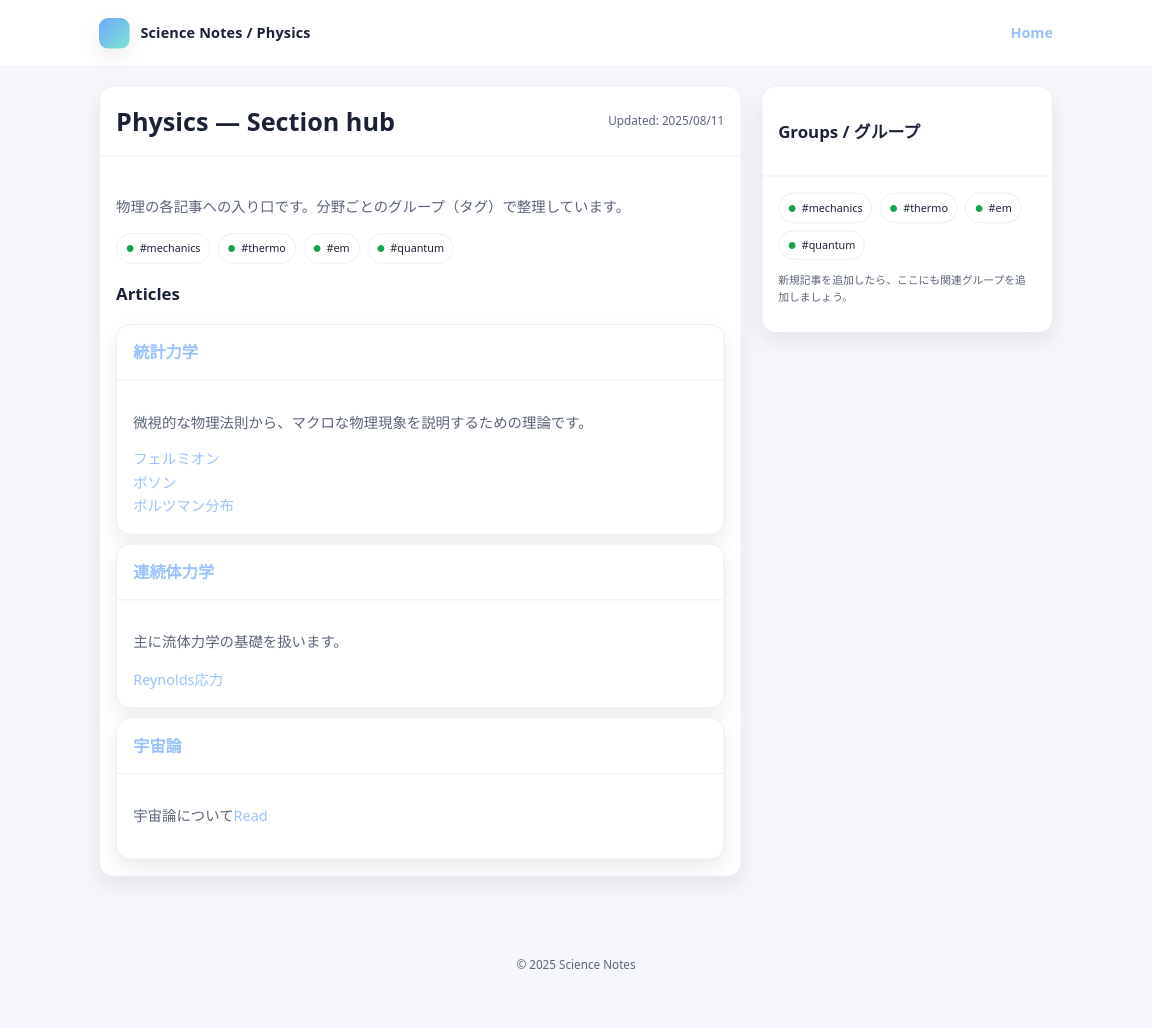
Repository: Riki-Mochimaru/tureduretunedune
Page: physics/index.html
These files come from the project's save history. The page is drawn as it stood at one moment and after the next save; the edit follows.
The browser window is 1280 px wide. The pictures show the whole page, at 90% of full size.

Above is the page before, as saved 2025-08-12 00:17:27.

### physics/index.html
<!-- ===============================
     FILE 1: physics/index.html — Physics section hub
     Save this as: /physics/index.html
     (American English in code comments; British English in visible prose.)
================================== -->
<!DOCTYPE html>
<html lang="ja">
<head>
  <meta charset="utf-8" />
  <meta name="viewport" content="width=device-width, initial-scale=1" />
  <title>Physics — Science Notes</title>
  <link rel="stylesheet" href="../assets/styles.css"><!-- shared CSS -->
</head>
<body>
  <header class="site">
    <div class="shell row">
      <div class="brand"><div class="brand-badge"></div><div>Science Notes / Physics</div></div>
      <nav>
        <a href="../">Home</a>
      </nav>
    </div>
  </header>

  <main class="shell">
    <section class="grid" aria-label="Physics articles and sidebar">
      <div>
        <article class="card post">
          <div class="hd">
            <h2>Physics — Section hub</h2>
            <div class="meta"><span>Updated: <time data-auto-updated datetime="">—</time>
            </span></div>
          </div>
          <div class="bd">
            <p class="lead">物理の各記事への入り口です。分野ごとのグループ（タグ）で整理しています。</p>
            <div class="tags">
              <span class="tag" data-g="phys">#mechanics</span>
              <span class="tag" data-g="phys">#thermo</span>
              <span class="tag" data-g="phys">#em</span>
              <span class="tag" data-g="phys">#quantum</span>
            </div>

            <!-- Article list (add more <article> blocks or <li> items) -->
            <h3>Articles</h3>
            <div class="list">
                <article class="card">
                    <div class="hd"><h2 style="font-size:18px; margin:0;">
                      <a href="SM/">統計力学</a>
                    </h2></div>
                    <div class="bd">
                      <!-- <div class="meta"><span>Topic: Fluid Dynamics</span></div> -->
                      <p class="lead">微視的な物理法則から、マクロな物理現象を説明するための理論です。
                    <div><a href="SM/Fermion.html">フェルミオン</a></div>
                    <div> <a href="SM/Boson.html">ボソン</a></div>
                    <div><a href="SM/Boltzmann.html">ボルツマン分布</a></div>
                  </article>

              <article class="card">
                <div class="hd"><h2 style="font-size:18px; margin:0;">
                  <a href="FluidDynamics/">連続体力学</a>
                </h2></div>
                <div class="bd">
                  <!-- <div class="meta"><span>Topic: Fluid Dynamics</span></div> -->
                  <p class="lead">主に流体力学の基礎を扱います。
                 <div>
                    <a href="FluidDynamics/ReynoldsTensil.html">Reynolds応力</a>
                </div>
                </div>

              </article>

              <article class="card">
                <div class="hd"><h2 style="font-size:18px; margin:0;">
                  <a href="Cosmology/">宇宙論</a>
                </h2></div>
                <div class="bd">
                  <!-- <div class="meta"><span>Topic: Mechanics</span></div> -->
                  <p class="lead">宇宙論について<a href="Cosmology/">Read</a></p>
                  <!-- <div class="tags"><span class="tag" data-g="phys">#mechanics</span></div> -->
                </div>
              </article>
            </div>
          </div>
        </article>
      </div>

      <aside class="aside">
        <section class="card">
          <div class="hd"><h3>Groups / グループ</h3></div>
          <div class="bd">
            <div class="tags">
              <span class="tag" data-g="phys">#mechanics</span>
              <span class="tag" data-g="phys">#thermo</span>
              <span class="tag" data-g="phys">#em</span>
              <span class="tag" data-g="phys">#quantum</span>
            </div>
            <p class="hint">新規記事を追加したら、ここにも関連グループを追加しましょう。</p>
          </div>
        </section>
      </aside>
    </section>
  </main>

  <footer class="site"><div class="shell">© 2025 Science Notes</div></footer>

  <!-- MathJax (enable TeX rendering if you use TeX on this page) -->
  <script>
    window.MathJax = { tex: { inlineMath: [['$','$'], ['\\(','\\)']], displayMath: [['$$','$$'], ['\\[','\\]']] }, options: { renderActions: { addMenu: [] } } };
  </script>
  <script src="https://cdn.jsdelivr.net/npm/mathjax@3/es5/tex-mml-chtml.js" async></script>
</body>
</html>

<script>
    // Client-side: auto-fill "Updated" date from document.lastModified
    document.querySelectorAll('time[data-auto-updated]').forEach(t => {
      const d = new Date(document.lastModified);
      // ISO (yyyy-mm-dd)
      const iso = new Date(d.getTime() - d.getTimezoneOffset()*60000)
                    .toISOString().slice(0,10);
      t.setAttribute('datetime', iso);
      // Human-readable in Japanese (Asia/Tokyo)
      t.textContent = d.toLocaleDateString('ja-JP', {
        timeZone: 'Asia/Tokyo', year: 'numeric', month: '2-digit', day: '2-digit'
      });
    });
    </script>

### assets/styles.css
/* styles.css — Science Notes
   House style: British English prose; American English in code comments.
*/

/* =========================
   Design tokens
   ========================= */
   :root {
    --bg: #0b0c10;
    --surface: #0f1117;
    --card: #121520;
    --text: #e8ecf8;
    --subtle: #9aa3b2;
    --border: #1e2636;
    --brand: #6ea8fe;
    --accent: #7de2d1;
    --warn: #ffd166;
    --danger: #ff6b6b;
    --radius: 16px;
    --shadow: 0 10px 24px rgba(0,0,0,.35), 0 1px 0 rgba(255,255,255,.04) inset;
    --font-sans: ui-sans-serif, system-ui, -apple-system, Segoe UI, Roboto, Noto Sans JP, "Helvetica Neue", Arial;
    --font-mono: ui-monospace, SFMono-Regular, Menlo, Monaco, Consolas, "Liberation Mono", monospace;
  }
  @media (prefers-color-scheme: light) {
    :root {
      --bg: #f6f7fb; --surface: #ffffff; --card: #ffffff; --text: #1b2235; --subtle: #5b6578; --border: #e7ecf4;
      --shadow: 0 10px 24px rgba(0,0,0,.08);
    }
  }

  /* Base */
  *, *::before, *::after { box-sizing: border-box; }
  html, body { height: 100%; }
  body { margin: 0; font-family: var(--font-sans); background: var(--bg); color: var(--text); line-height: 1.6; }
  /* Accessible link look */
  a { color: #9ac1ff; text-decoration: none; }
  a:hover { text-decoration: underline; }

  /* Header */
  header.site { position: sticky; top: 0; z-index: 10; background: color-mix(in oklab, var(--surface) 92%, transparent); border-bottom: 1px solid var(--border); backdrop-filter: blur(6px); }
  .shell { max-width: 1100px; margin: 0 auto; padding: 20px; }
  .row { display: grid; grid-template-columns: 1fr auto; align-items: center; gap: 16px; }
  .brand { display: flex; align-items: center; gap: 12px; font-weight: 800; letter-spacing: .2px; }
  .brand-badge { width: 34px; height: 34px; border-radius: 10px; background: linear-gradient(135deg, var(--brand), var(--accent)); box-shadow: var(--shadow); }
  nav a { margin-left: 16px; font-weight: 600; }

  /* Layout */
  main { padding-top: 10px; }
  .grid { display: grid; grid-template-columns: 2.2fr 1fr; gap: 22px; align-items: start; }
  @media (max-width: 980px) { .grid { grid-template-columns: 1fr; } }

  /* Cards */
  .card { background: var(--card); border: 1px solid var(--border); border-radius: var(--radius); box-shadow: var(--shadow); overflow: clip; }
  .card .hd { padding: 16px 18px; border-bottom: 1px solid var(--border); display:flex; align-items:center; justify-content: space-between; }
  .card .bd { padding: 18px; }

  /* Tag/Group chips */
  .tags { display:flex; flex-wrap: wrap; gap: 8px; }
  .tag { --c: #334155; color: var(--text); font-size: 12px; padding: 6px 10px; border: 1px solid var(--border); border-radius: 999px; background: color-mix(in oklab, var(--card) 88%, transparent); }
  .tag[data-g="math"]   { --c: #2563eb; }
  .tag[data-g="phys"]   { --c: #16a34a; }
  .tag[data-g="cs"]     { --c: #a855f7; }
  .tag[data-g="stats"]  { --c: #eab308; }
  .tag[data-g="ethics"] { --c: #ef4444; }
  .tag::before { content: "●"; font-size: 10px; margin-right: 6px; color: var(--c); }

  /* Article */
  article.post { display: grid; gap: 10px; }
  article.post h2 { margin: 0; font-size: clamp(20px, 2.6vw, 28px); }
  .meta { color: var(--subtle); font-size: 13px; display:flex; gap: 12px; flex-wrap: wrap; }
  .lead { color: var(--subtle); }

  /* Math blocks (TeX text before JS render) */
  .math { font-family: var(--font-mono); background: color-mix(in oklab, var(--card) 90%, transparent); border: 1px dashed var(--border); border-radius: 10px; padding: 10px 12px; overflow:auto; }
  .eqno { float: right; color: var(--subtle); margin-left: 8px; }

  /* Comment UI (static) */
  .comments { margin-top: 8px; border-top: 1px dashed var(--border); padding-top: 10px; }
  .comment { display: grid; grid-template-columns: 40px 1fr; gap: 10px; padding: 12px 0; }
  .comment + .comment { border-top: 1px dashed var(--border); }
  .avatar { width: 40px; height: 40px; border-radius: 50%; background: linear-gradient(135deg, var(--brand), var(--accent)); display:grid; place-items:center; font-weight: 800; color: #0008; }
  .who { font-weight: 700; }
  .when { color: var(--subtle); font-size: 12px; }

  /* Simple form look (non-functional without JS/backend) */
  .form { display: grid; gap: 10px; background: color-mix(in oklab, var(--card) 90%, transparent); border: 1px solid var(--border); border-radius: 12px; padding: 12px; }
  .input, .textarea { width: 100%; padding: 10px 12px; border-radius: 10px; border: 1px solid var(--border); background: var(--surface); color: var(--text); outline: none; }
  .input:focus, .textarea:focus { box-shadow: 0 0 0 6px #2a5fff33; }
  .btn { display: inline-flex; align-items: center; justify-content: center; gap: 8px; padding: 10px 14px; font-weight: 700; border-radius: 10px; border: 1px solid var(--border); background: linear-gradient(180deg, var(--brand), #4d86f7); color: #fff; cursor: not-allowed; opacity: .8; }
  .hint { font-size: 12px; color: var(--subtle); }

  /* Aside */
  .aside .card + .card { margin-top: 18px; }
  .list { display: grid; gap: 10px; }

  /* Footer */
    footer.site {
      margin-top: 28px;
      color: var(--subtle);
      font-size: 13px;
      text-align: center;
      padding: 20px 0 40px;
    }

  /* Print */
  @media print {
    header.site, footer.site { display:none; }
    .card { box-shadow: none; border-color: #ccc; }
    a { color: #000; text-decoration: none; }
  }
  /* Only this link should be black in the header brand */
header.site .brand a.link-black:link,
header.site .brand a.link-black:visited {
  color: #000 !important;   /* 競合対策で念のため */
}

header.site .brand a.link-black:hover,
header.site .brand a.link-black:active {
  color: #000 !important;
  text-decoration: underline;
}

After the next save:
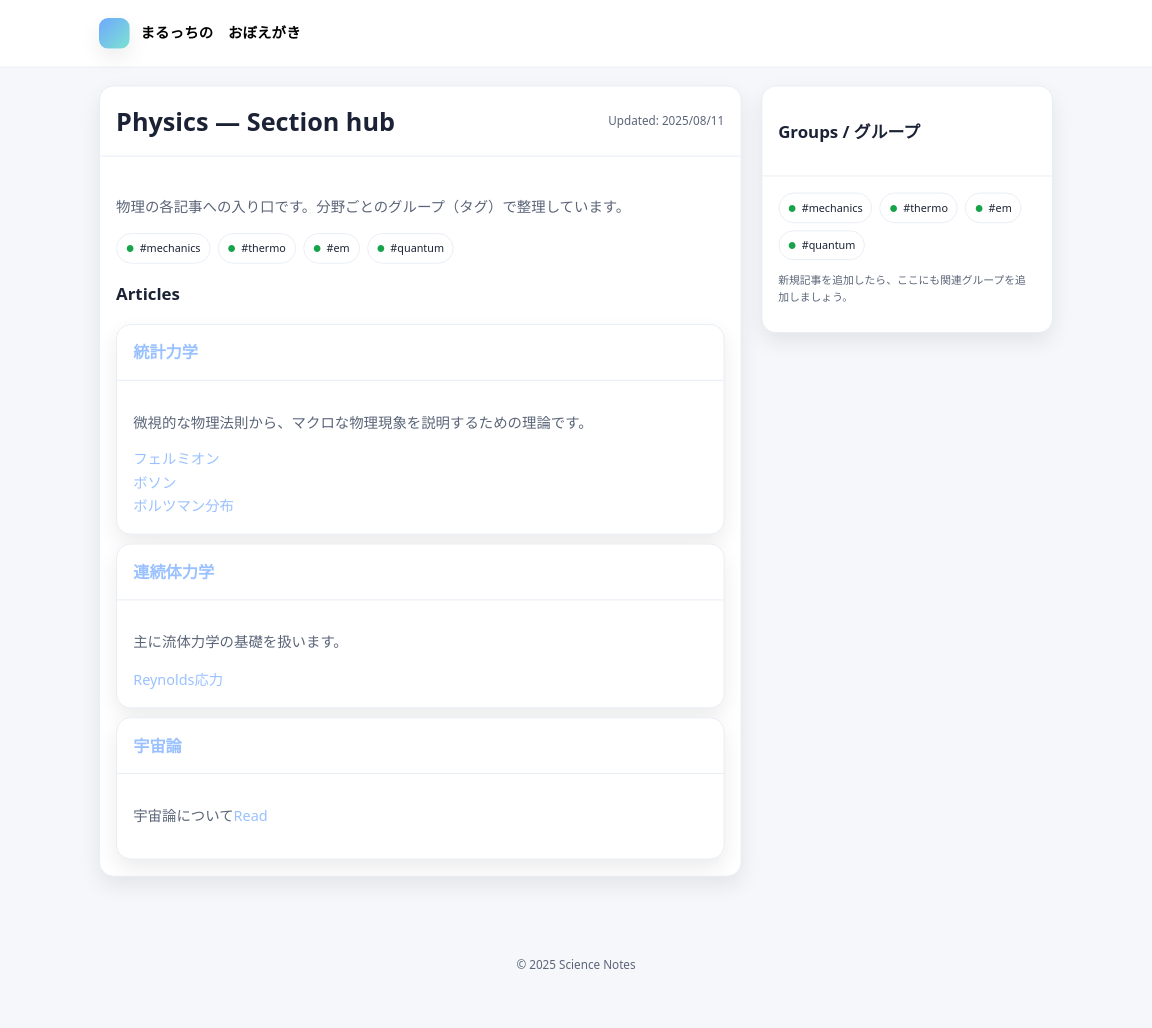
Saved 3 min 41 s later.
--- a/physics/index.html
+++ b/physics/index.html
@@ -14,10 +14,8 @@
 <body>
   <header class="site">
     <div class="shell row">
-      <div class="brand"><div class="brand-badge"></div><div>Science Notes / Physics</div></div>
-      <nav>
-        <a href="../">Home</a>
-      </nav>
+        <div class="brand"><div class="brand-badge"></div><div><a href="./" class="link-black">まるっちの　おぼえがき</a></div></div>
+
     </div>
   </header>
 
